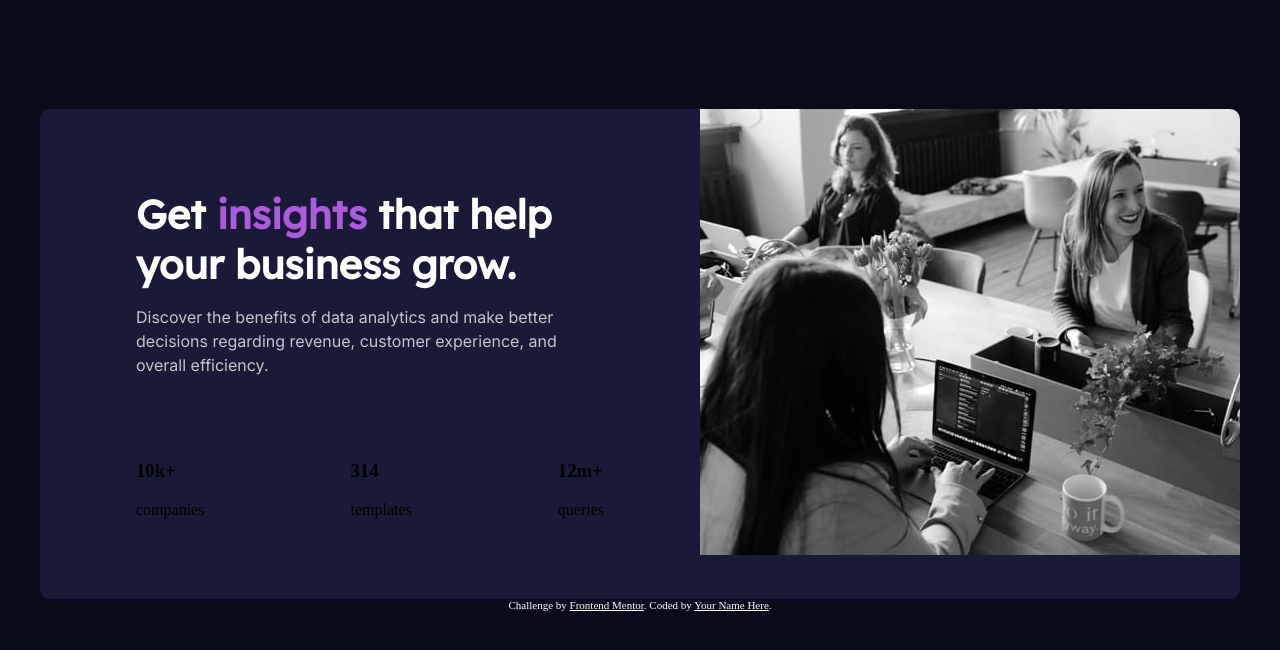
Repository: PratypartyY2K/frontendmentor-challenges
Page: stats-preview-card-component-main/index.html
An editor plug-in stored every save of this project. The page is shown before and after the next save, followed by the edit.
The browser window is 1280 px wide. The pictures show the whole page.

Above is the page before, as saved 2021-07-14 00:47:43.

After the next save:
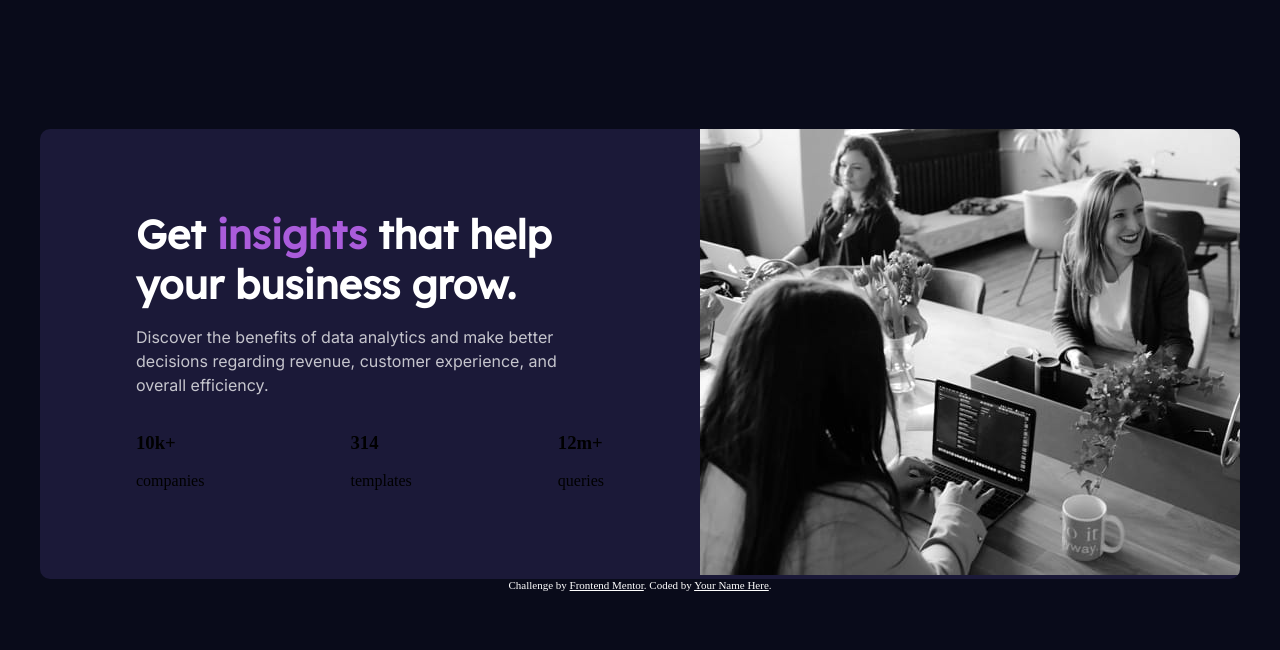
Saved 9 s later.
--- a/stats-preview-card-component-main/style.css
+++ b/stats-preview-card-component-main/style.css
@@ -45,7 +45,6 @@
 }
 
 .stats {
-    margin-top: 3rem;
     display: flex;
     justify-content: space-between;
     padding: 1rem 0;
